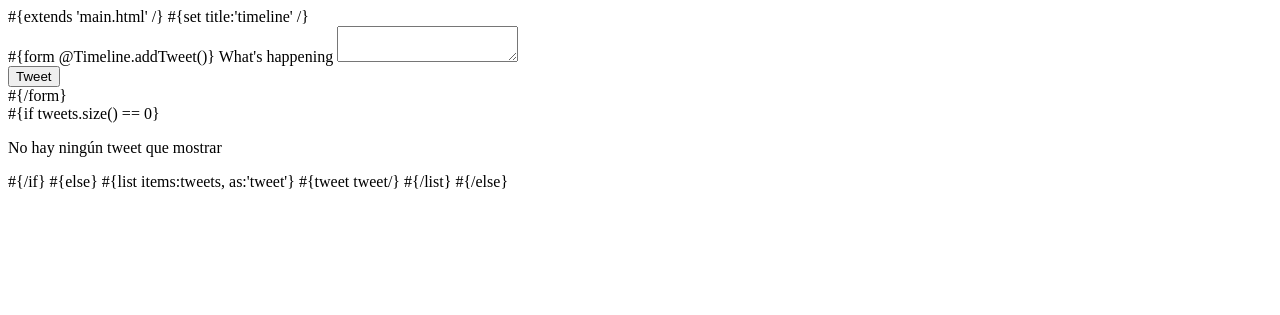
Repository: axelhzf/play-tlp
Page: twitter/app/views/Timeline/index.html
These files come from the project's save history. The page is drawn as it stood at one moment and after the next save; the edit follows.
The browser window is 1280 px wide. The pictures show the whole page.

Above is the page before, as saved 2011-07-17 10:47:53.

### twitter/app/views/Timeline/index.html
#{extends 'main.html' /}
#{set title:'timeline' /}

	<div class="happening">
	#{form @Timeline.addTweet()}
		<label>What's happening</label>
		<textarea name="tweet.msg"> </textarea>
		<div class="button_container">
			<input type="submit" value="Tweet">
		</div>
	#{/form}
	</div>

#{if tweets.size() == 0}
    <p>No hay ningún tweet que mostrar</p>
#{/if}
#{else}
    #{list items:tweets, as:'tweet'}
		#{tweet tweet/}
    #{/list}
#{/else}

After the next save:
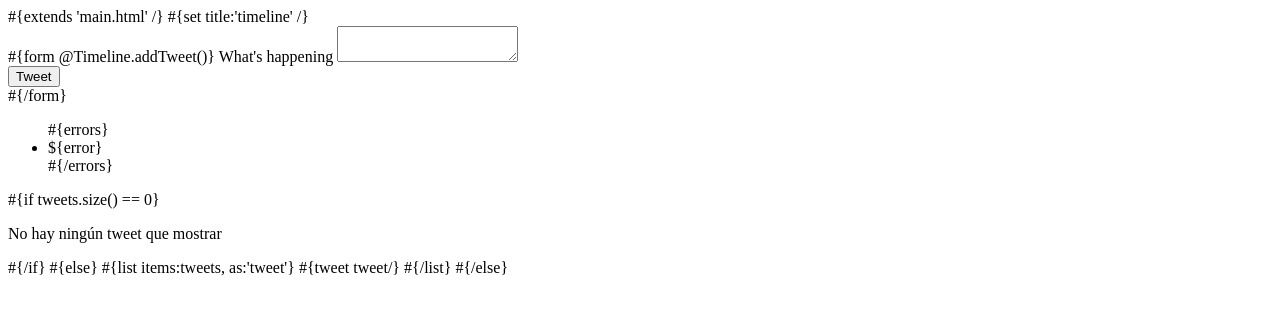
Saved 83 s later.
--- a/twitter/app/views/Timeline/index.html
+++ b/twitter/app/views/Timeline/index.html
@@ -11,6 +11,12 @@
 	#{/form}
 	</div>
 
+<ul>
+#{errors}
+    <li>${error}</li>
+#{/errors}
+</ul>
+
 #{if tweets.size() == 0}
     <p>No hay ningún tweet que mostrar</p>
 #{/if}
